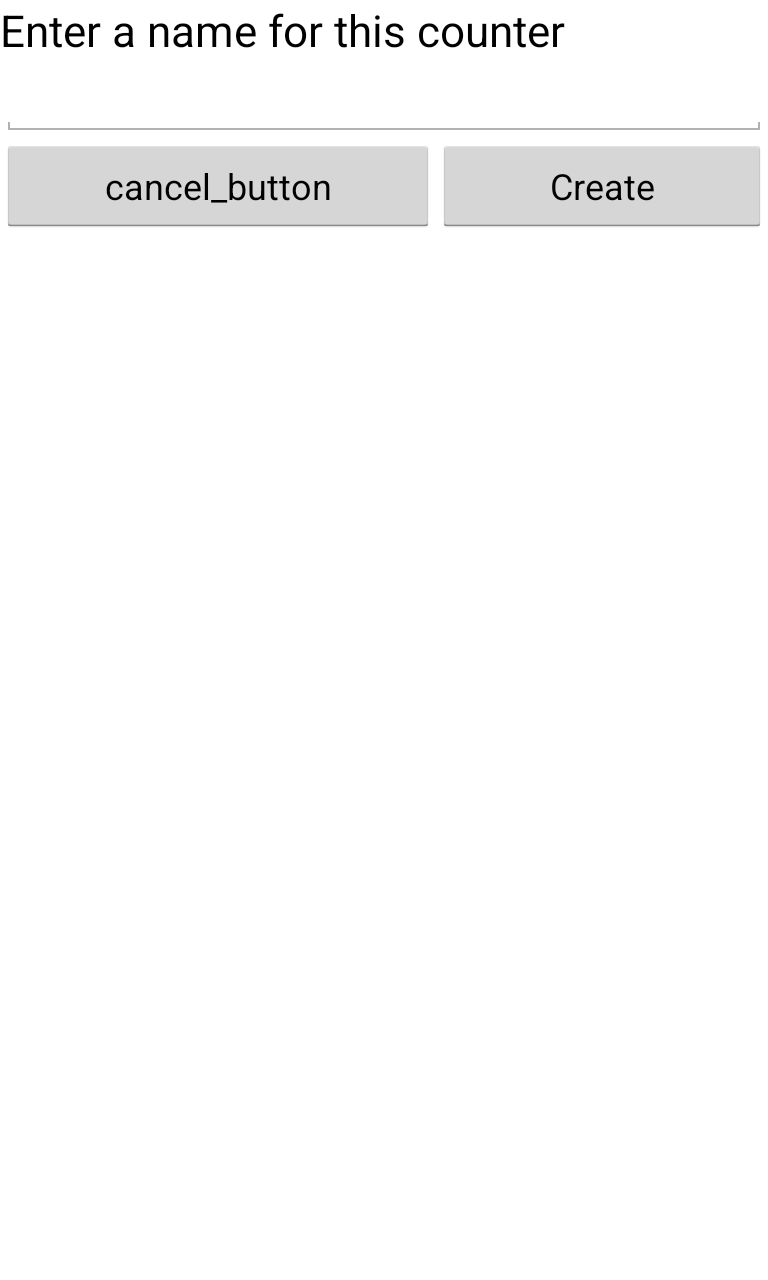
Repository: arweber1/CMPUT301_Assignment1
Layout: Assignment1/res/layout/create_counter.xml
An editor plug-in stored every save of this project. The layout is shown before and after the next save, followed by the edit.
It is drawn on a 768 x 1280 px phone screen (xhdpi) without system bars, with theme AppTheme; the app's code is not run.

Above is the layout before, as saved 2014-01-18 22:56:28.

### Assignment1/res/layout/create_counter.xml
<?xml version="1.0" encoding="utf-8"?>
<RelativeLayout xmlns:android="http://schemas.android.com/apk/res/android"
    android:layout_width="match_parent"
    android:layout_height="match_parent"
    android:orientation="vertical" >

    <TextView
        android:id="@+id/textView1"
        android:layout_width="wrap_content"
        android:layout_height="wrap_content"
        android:layout_gravity="center"
        android:text="@string/enter_counter_name"
        android:textAppearance="?android:attr/textAppearanceLarge" />

    <EditText
        android:id="@+id/editText1"
        android:layout_width="match_parent"
        android:layout_height="wrap_content"
        android:layout_alignParentLeft="true"
        android:layout_below="@+id/textView1"
        android:ems="10"
        android:inputType="textCapSentences" />

    <Button
        android:id="@+id/button1"
        android:layout_width="166dp"
        android:layout_height="wrap_content"
        android:layout_alignParentRight="true"
        android:layout_below="@+id/editText1"
        android:text="@string/create_new_counter" />

    <Button
        android:id="@+id/button2"
        android:layout_width="wrap_content"
        android:layout_height="wrap_content"
        android:layout_alignBaseline="@+id/button1"
        android:layout_alignBottom="@+id/button1"
        android:layout_alignParentLeft="true"
        android:layout_toLeftOf="@+id/button1"
        android:text="cancel_button" />

</RelativeLayout>

### Assignment1/res/values/strings.xml
<?xml version="1.0" encoding="utf-8"?>
<resources>

    <string name="app_name">arweber-notes</string>
    <string name="action_settings">Settings</string>
    <string name="hello_world">Hello world!</string>
	<string name="add_counter">+ Add new counter</string>
	<string name="manage_counters">Manage counters</string>
	<string name="enter_counter_name">Enter a name for this counter</string>
	<string name="create_new_counter">Create</string>
	<string name="cancel_button">Cancel</string>
</resources>

Loaded but not shown: Assignment1/res/values/styles.xml (common file); Assignment1/res/values-v11/styles.xml (common file); Assignment1/res/values-v14/styles.xml (common file)

After the next save:
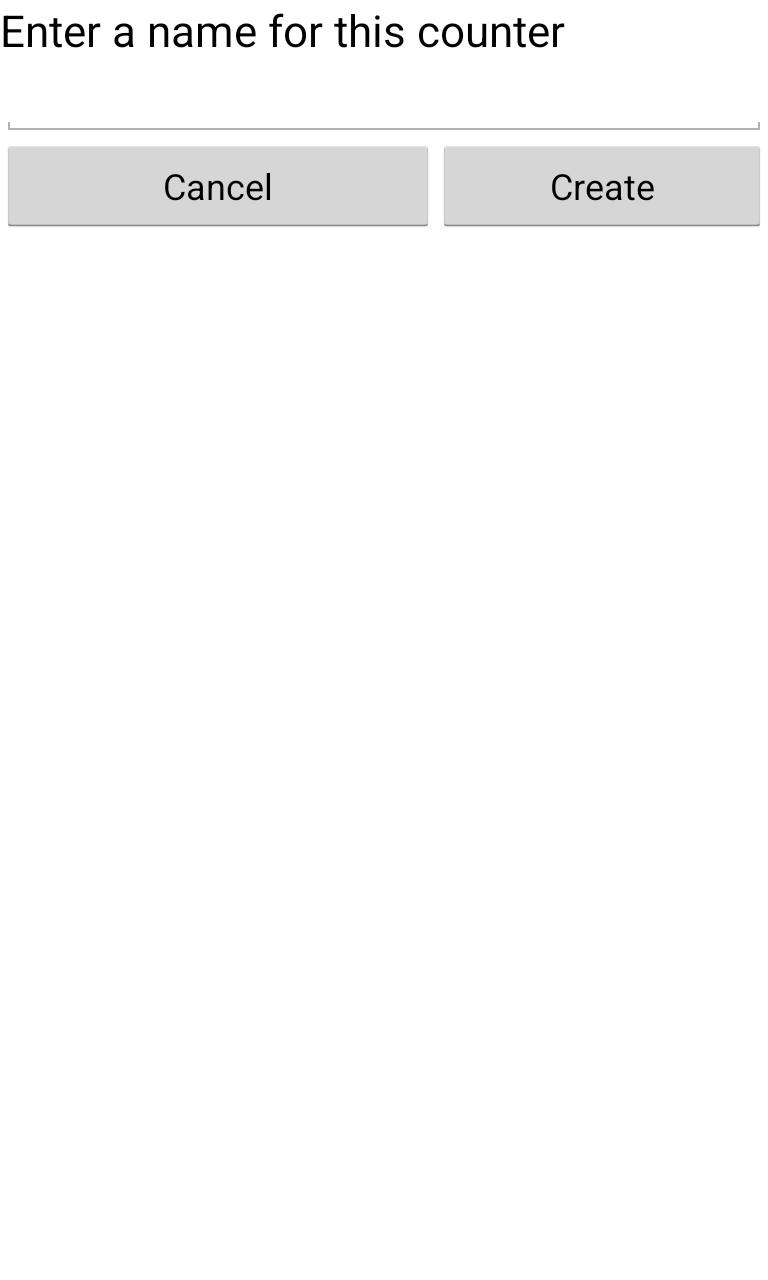
Saved 5 s later.
--- a/Assignment1/res/layout/create_counter.xml
+++ b/Assignment1/res/layout/create_counter.xml
@@ -37,6 +37,6 @@
         android:layout_alignBottom="@+id/button1"
         android:layout_alignParentLeft="true"
         android:layout_toLeftOf="@+id/button1"
-        android:text="cancel_button" />
+        android:text="@string/cancel_button" />
 
 </RelativeLayout>
